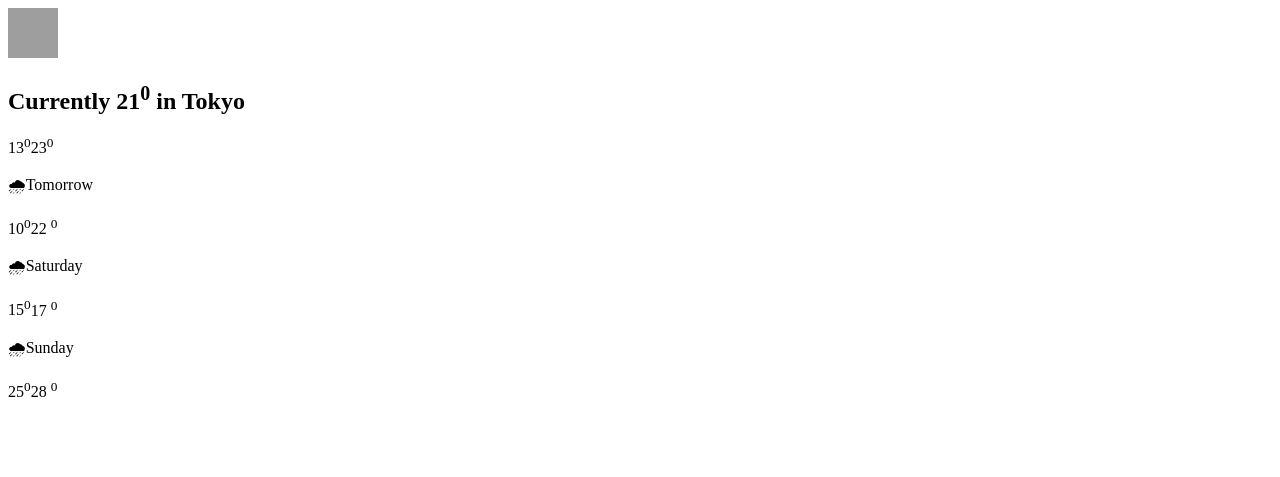
Repository: VickyJacob23/SheCode
Page: firstCode/weatherAppHomeWork.html
An editor plug-in stored every save of this project. The page is shown before and after the next save, followed by the edit.
The browser window is 1280 px wide. The pictures show the whole page.
Pictures or frames that could not be fetched are drawn as grey boxes.

Above is the page before, as saved 2024-08-26 23:18:54.

### firstCode/weatherAppHomeWork.html
<!DOCTYPE html>
<html lang="en">
<head>
    <meta charset="UTF-8">
    <meta name="viewport" content="width=device-width, initial-scale=1.0">
    <title>Demo WeatherAPP</title>
</head>
<body>
    <div class="container">
        <section class="title">
            <img src="/9004726_cloud_weather_storage_forecast_icon.svg" alt="forecast" width="50" height="50">
            <h1>Currently 21<sup>0</sup> in Tokyo</h1>
            <p>13<sup>0</sup><span>23<sup>0</sup></span></p>
        </section>
        <section>
            <div>🌧Tomorrow</div>
            <p>10<sup>0</sup><span>22 <sup>0</sup></span></p>
        </section>
        <section>
            <div>🌧Saturday</div>
            <p>15<sup>0</sup><span>17 <sup>0</sup></span></p>
        </section>
        <section>
            <div>🌧Sunday</div>
            <p>25<sup>0</sup><span>28 <sup>0</sup></span></p>
        </section>
    </div>
</body>
</html>

After the next save:
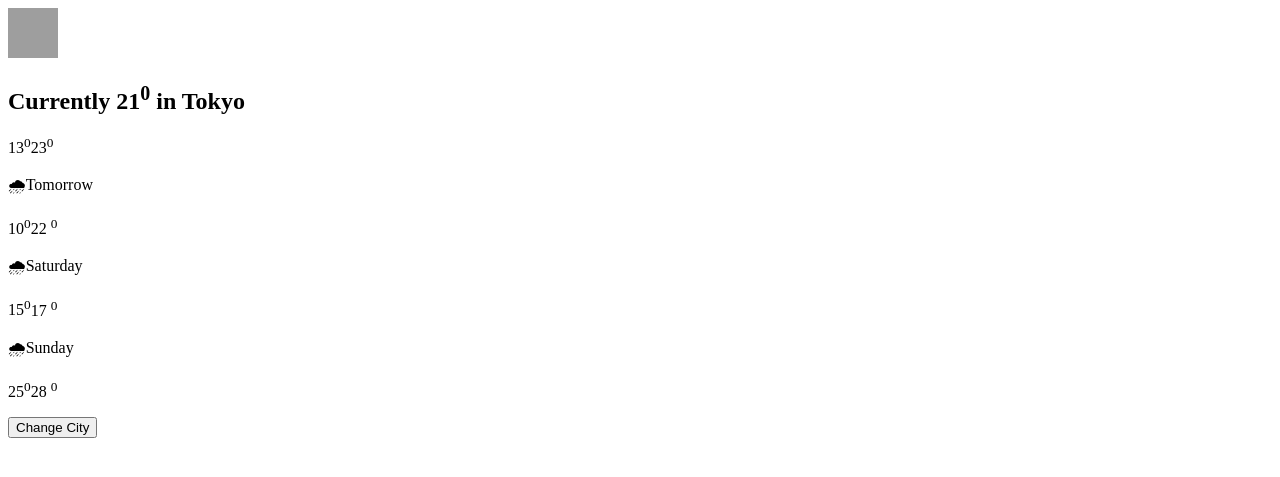
Saved 50 s later.
--- a/firstCode/weatherAppHomeWork.html
+++ b/firstCode/weatherAppHomeWork.html
@@ -7,23 +7,29 @@
 </head>
 <body>
     <div class="container">
+
         <section class="title">
             <img src="/9004726_cloud_weather_storage_forecast_icon.svg" alt="forecast" width="50" height="50">
             <h1>Currently 21<sup>0</sup> in Tokyo</h1>
             <p>13<sup>0</sup><span>23<sup>0</sup></span></p>
         </section>
+
         <section>
             <div>🌧Tomorrow</div>
             <p>10<sup>0</sup><span>22 <sup>0</sup></span></p>
         </section>
+
         <section>
             <div>🌧Saturday</div>
             <p>15<sup>0</sup><span>17 <sup>0</sup></span></p>
         </section>
+
         <section>
             <div>🌧Sunday</div>
             <p>25<sup>0</sup><span>28 <sup>0</sup></span></p>
         </section>
+
+        <button>Change City</button>
     </div>
 </body>
 </html>
